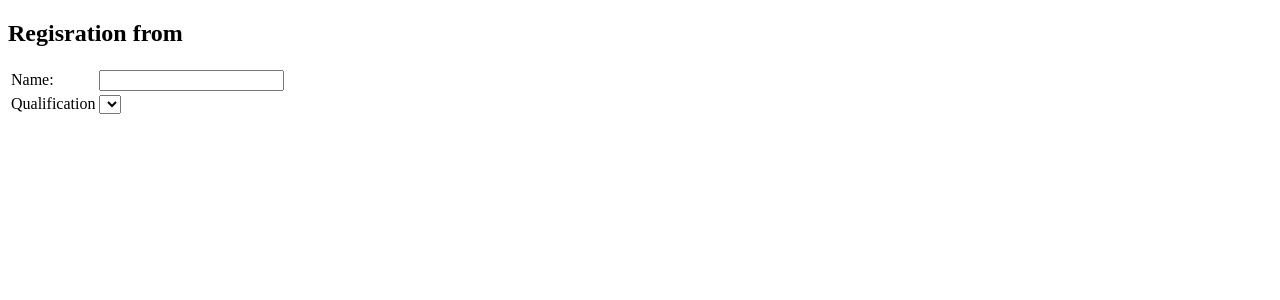
Repository: veeresh-kc/Servlet-Projects
Page: Servelet-Project-Demo2/src/main/webapp/html/index.html
An editor plug-in stored every save of this project. The page is shown before and after the next save, followed by the edit.
The browser window is 1280 px wide. The pictures show the whole page.

Above is the page before, as saved 2025-10-27 04:33:15.

After the next save:
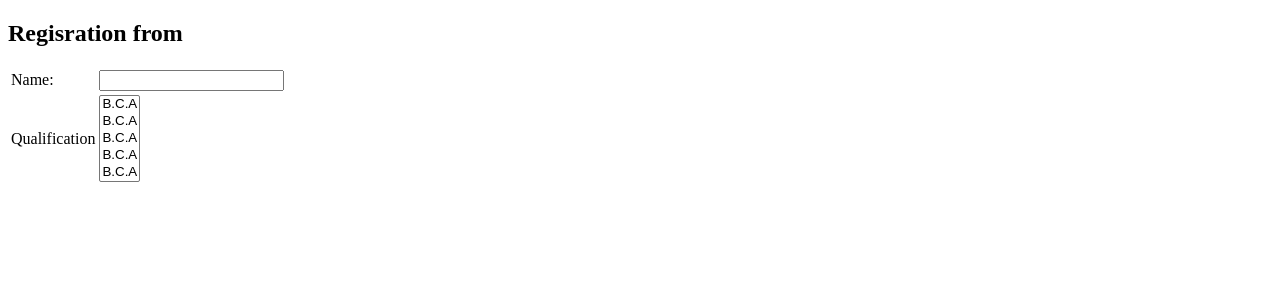
Saved 2 min 2 s later.
--- a/Servelet-Project-Demo2/src/main/webapp/html/index.html
+++ b/Servelet-Project-Demo2/src/main/webapp/html/index.html
@@ -14,7 +14,12 @@
 	</tr>
 	<tr>
 	<td>Qualification</td>
-	<td><select>
+	<td><select size="5" name="qualification">
+	<option value="BCA">B.C.A</option>
+	<option value="MSC">B.C.A</option>
+	<option value="MCA">B.C.A</option>
+	<option value="BTch">B.C.A</option>
+	<option value="MTech">B.C.A</option>
 	</select></td>
 	</tr>
 
